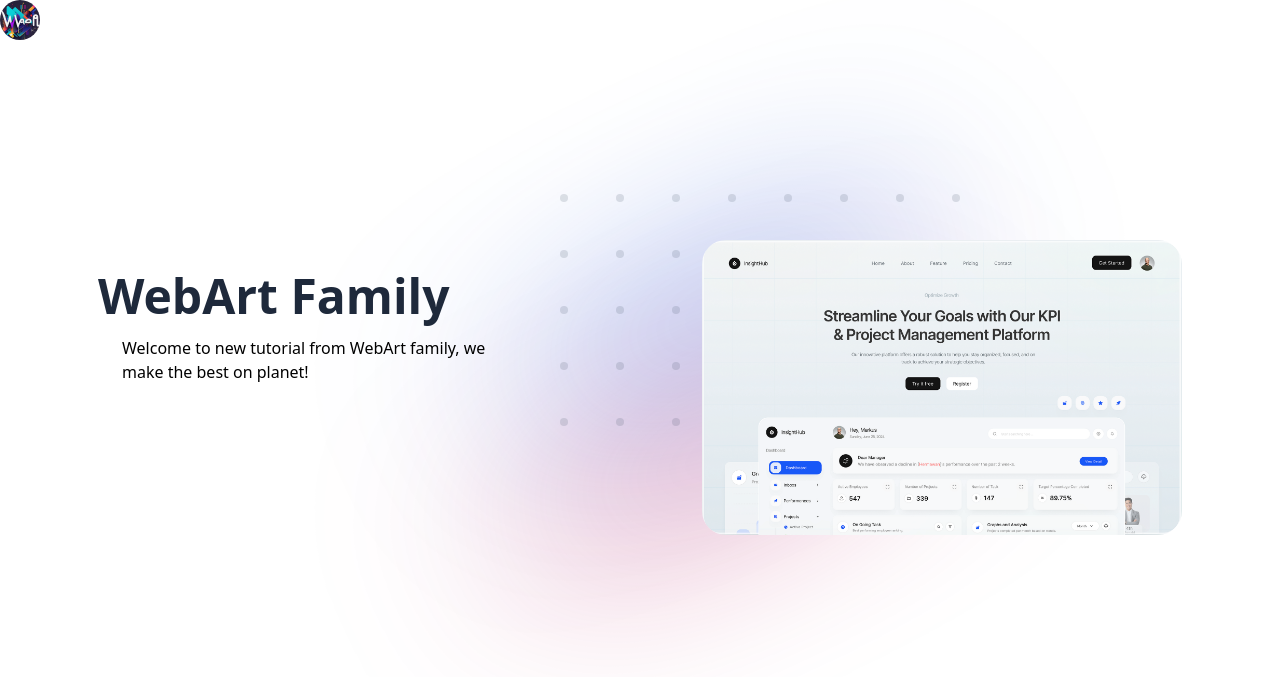
Repository: 30namp/youtube-web-art-code
Page: stunning landing page 1/index.html
These files come from the project's save history. The page is drawn as it stood at one moment and after the next save; the edit follows.
The browser window is 1280 px wide. The pictures show the whole page.

Above is the page before, as saved 2024-09-26 21:06:01.

### stunning landing page 1/index.html
<!DOCTYPE html>
<html lang="en">
  <head>
    <meta charset="UTF-8" />
    <meta name="viewport" content="width=device-width, initial-scale=1.0" />
    <title>WebArt Design</title>
    <script src="./tailwindcss.min.js"></script>
  </head>
  <body class="min-h-screen">
    <div
      class="absolute right-[25%] top-[60%] h-12 w-[30rem] rounded-[100%] rotate-[-25deg] bg-pink-700 blur-[6rem]"
    ></div>
    <div
      class="absolute right-[25%] top-[40%] h-12 w-[30rem] rounded-[100%] rotate-[-25deg] bg-blue-700 blur-[6rem]"
    ></div>
    <div
      class="grid grid-cols-8 gap-12 absolute right-[25%] top-[27%] animate-pulse"
    >
      <div class="rounded-full bg-slate-700/30 size-2 shadow-lg"></div>
      <div class="rounded-full bg-slate-700/30 size-2 shadow-lg"></div>
      <div class="rounded-full bg-slate-700/30 size-2 shadow-lg"></div>
      <div class="rounded-full bg-slate-700/30 size-2 shadow-lg"></div>
      <div class="rounded-full bg-slate-700/30 size-2 shadow-lg"></div>
      <div class="rounded-full bg-slate-700/30 size-2 shadow-lg"></div>
      <div class="rounded-full bg-slate-700/30 size-2 shadow-lg"></div>
      <div class="rounded-full bg-slate-700/30 size-2 shadow-lg"></div>
      <div class="rounded-full bg-slate-700/30 size-2 shadow-lg"></div>
      <div class="rounded-full bg-slate-700/30 size-2 shadow-lg"></div>
      <div class="rounded-full bg-slate-700/30 size-2 shadow-lg"></div>
      <div class="rounded-full bg-slate-700/30 size-2 shadow-lg"></div>
      <div class="rounded-full bg-slate-700/30 size-2 shadow-lg"></div>
      <div class="rounded-full bg-slate-700/30 size-2 shadow-lg"></div>
      <div class="rounded-full bg-slate-700/30 size-2 shadow-lg"></div>
      <div class="rounded-full bg-slate-700/30 size-2 shadow-lg"></div>
      <div class="rounded-full bg-slate-700/30 size-2 shadow-lg"></div>
      <div class="rounded-full bg-slate-700/30 size-2 shadow-lg"></div>
      <div class="rounded-full bg-slate-700/30 size-2 shadow-lg"></div>
      <div class="rounded-full bg-slate-700/30 size-2 shadow-lg"></div>
      <div class="rounded-full bg-slate-700/30 size-2 shadow-lg"></div>
      <div class="rounded-full bg-slate-700/30 size-2 shadow-lg"></div>
      <div class="rounded-full bg-slate-700/30 size-2 shadow-lg"></div>
      <div class="rounded-full bg-slate-700/30 size-2 shadow-lg"></div>
      <div class="rounded-full bg-slate-700/30 size-2 shadow-lg"></div>
      <div class="rounded-full bg-slate-700/30 size-2 shadow-lg"></div>
      <div class="rounded-full bg-slate-700/30 size-2 shadow-lg"></div>
      <div class="rounded-full bg-slate-700/30 size-2 shadow-lg"></div>
      <div class="rounded-full bg-slate-700/30 size-2 shadow-lg"></div>
      <div class="rounded-full bg-slate-700/30 size-2 shadow-lg"></div>
      <div class="rounded-full bg-slate-700/30 size-2 shadow-lg"></div>
      <div class="rounded-full bg-slate-700/30 size-2 shadow-lg"></div>
      <div class="rounded-full bg-slate-700/30 size-2 shadow-lg"></div>
      <div class="rounded-full bg-slate-700/30 size-2 shadow-lg"></div>
      <div class="rounded-full bg-slate-700/30 size-2 shadow-lg"></div>
      <div class="rounded-full bg-slate-700/30 size-2 shadow-lg"></div>
      <div class="rounded-full bg-slate-700/30 size-2 shadow-lg"></div>
      <div class="rounded-full bg-slate-700/30 size-2 shadow-lg"></div>
      <div class="rounded-full bg-slate-700/30 size-2 shadow-lg"></div>
      <div class="rounded-full bg-slate-700/30 size-2 shadow-lg"></div>
    </div>

    <!-- navbar -->
    <nav
      class="absolute top-0 left-0 right-0 flex justify-between items-center"
    >
      <a href="/">
        <img class="size-10 rounded-full" src="./assets/img/logo.jpg" alt="" />
      </a>
    </nav>

    <!-- hero section -->
    <div class="hero-section relative pt-60 flex justify-around items-start">
      <div class="content flex flex-col gap-4 pt-8">
        <h1 class="text-5xl font-bold text-slate-800">WebArt Family</h1>
        <div class="description ml-6 w-96">
          Welcome to new tutorial from WebArt family, we make the best on
          planet!
        </div>
      </div>
      <img class="w-[30rem] rounded-3xl" src="./assets/img/img.png" alt="" />
    </div>
  </body>
</html>

Loaded but not shown: stunning landing page 1/tailwindcss.min.js (library)

After the next save:
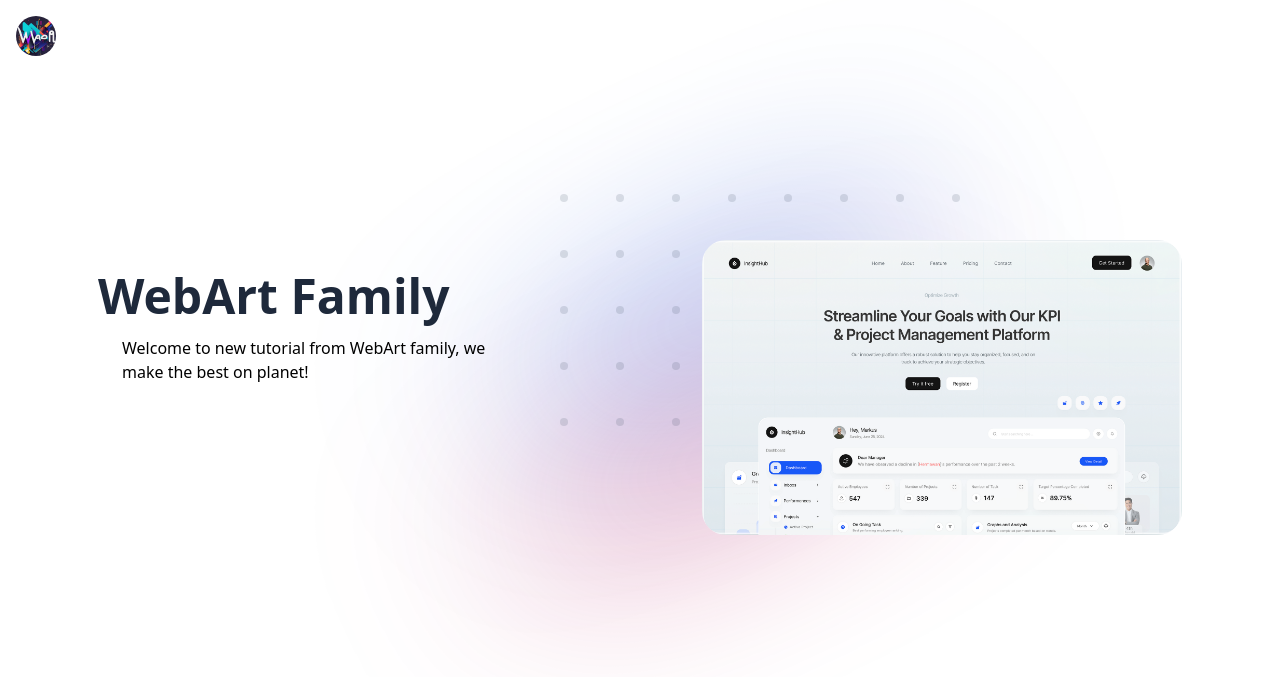
Saved 12 s later.
--- a/stunning landing page 1/index.html
+++ b/stunning landing page 1/index.html
@@ -60,7 +60,7 @@
 
     <!-- navbar -->
     <nav
-      class="absolute top-0 left-0 right-0 flex justify-between items-center"
+      class="absolute top-0 left-0 right-0 flex justify-between items-center p-4"
     >
       <a href="/">
         <img class="size-10 rounded-full" src="./assets/img/logo.jpg" alt="" />
